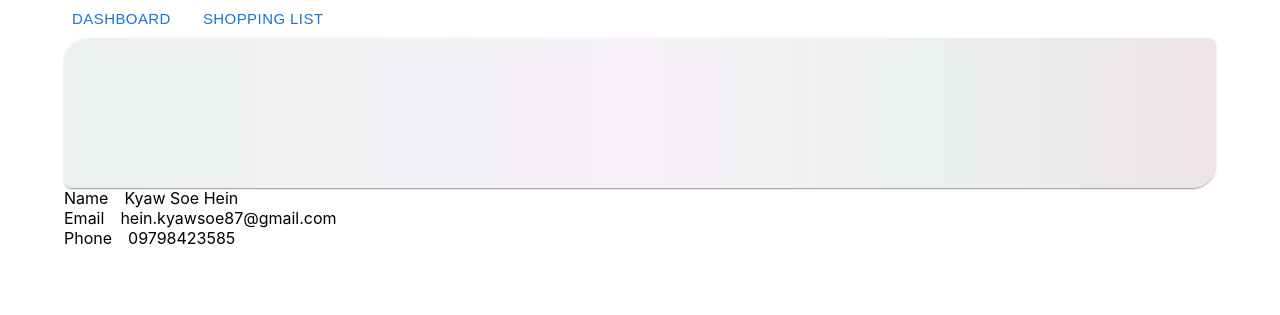
Repository: KyawSoeHein/GoogleAuthReact
Page: /
These files come from the project's save history. The page is drawn as it stood at one moment and after a run of saves; the edit follows.
The browser window is 1280 px wide. The pictures show the whole page.
The project was rebuilt for these pictures with package versions that can differ from the ones it lists, and the page was loaded fresh each time. Also part of the build but not shown: src/App.css.

Above is the page before, as saved 2022-02-14 19:30:12.

### src/index.tsx
import React from "react";
import ReactDOM from "react-dom";
import "./index.css";
import App from "./App";
import Dashboard from "./View/Dashboard";
import reportWebVitals from "./reportWebVitals";

ReactDOM.render(
  <React.StrictMode>
    <Dashboard />
  </React.StrictMode>,
  document.getElementById("root")
);

// If you want to start measuring performance in your app, pass a function
// to log results (for example: reportWebVitals(console.log))
// or send to an analytics endpoint. Learn more: https://bit.ly/CRA-vitals
reportWebVitals();

### src/View/Dashboard.tsx
import React from "react";
import { Container, Grid, Stack } from "@mui/material";
import MenuSelection from "../Components/MenuSelection";
import CoverAndProfilePhoto from "../Components/CoverAndProfilePhoto";

const Dashboard = () => {
  return (
    <Grid>
      <Container>
        <MenuSelection />

        <CoverAndProfilePhoto />

        <Stack direction={"row"} spacing={2}>
          <div>Name</div>
          <div>Kyaw Soe Hein</div>
        </Stack>

        <Stack direction={"row"} spacing={2}>
          <div>Email</div>
          <div>hein.kyawsoe87@gmail.com</div>
        </Stack>

        <Stack direction={"row"} spacing={2}>
          <div>Phone</div>
          <div>09798423585</div>
        </Stack>
      </Container>
    </Grid>
  );
};

export default Dashboard;

### src/Components/MenuSelection.tsx
import React from "react";
import { Button, Stack } from "@mui/material";
import "../App.css";

const MenuSelection = () => {
  const buttonFontSize = 15;

  return (
    <Stack direction={"row"} spacing={2} sx={{ marginVertical: 16 }}>
      <Button sx={{ fontSize: buttonFontSize, fontFamily: "sans-serif" }}>
        Dashboard
      </Button>
      <Button sx={{ fontSize: buttonFontSize, fontFamily: "sans-serif" }}>
        Shopping List
      </Button>
    </Stack>
  );
};

export default MenuSelection;

### src/Components/CoverAndProfilePhoto.tsx
import React from "react";
import { Button, Paper, Stack } from "@mui/material";
import "../App.css";

const CoverAndProfilePhoto = () => {
  return (
    <Paper
      elevation={1}
      sx={{
        height: 150,
        borderTopRightRadius: 8,
        borderTopLeftRadius: 24,
        borderBottomLeftRadius: 8,
        borderBottomRightRadius: 24,
        background:
          "linear-gradient(to right, rgb(235,241,237), rgb(241,241,244), rgb(247,240,248), rgb(235,241,237), rgb(238,228,232))",
      }}
    ></Paper>
  );
};

export default CoverAndProfilePhoto;

Loaded but not shown: public/index.html (common file); src/index.css (common file); src/reportWebVitals.ts (common file)

After the next 3 saves:
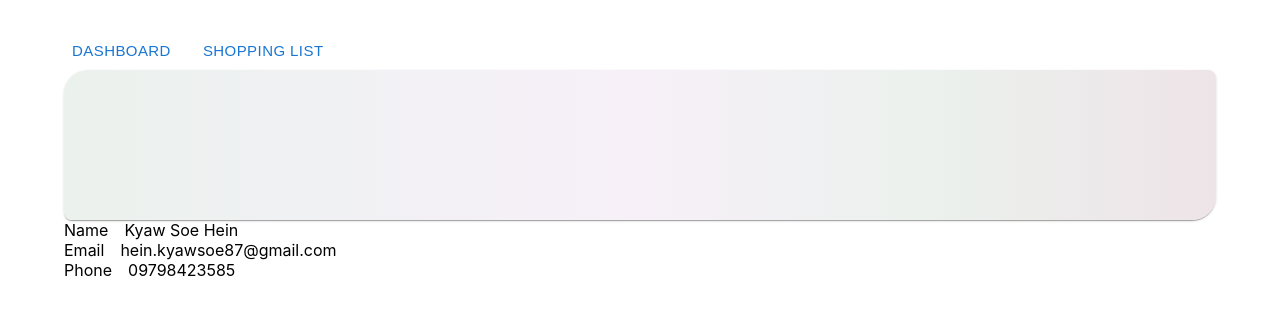
The 3 saves are shown as one change because they came seconds apart.
The last was saved 13 s later.
--- a/src/Components/MenuSelection.tsx
+++ b/src/Components/MenuSelection.tsx
@@ -6,7 +6,7 @@
   const buttonFontSize = 15;
 
   return (
-    <Stack direction={"row"} spacing={2} sx={{ marginVertical: 16 }}>
+    <Stack direction={"row"} spacing={2} sx={{ marginTop: 4 }}>
       <Button sx={{ fontSize: buttonFontSize, fontFamily: "sans-serif" }}>
         Dashboard
       </Button>

After the save that followed:
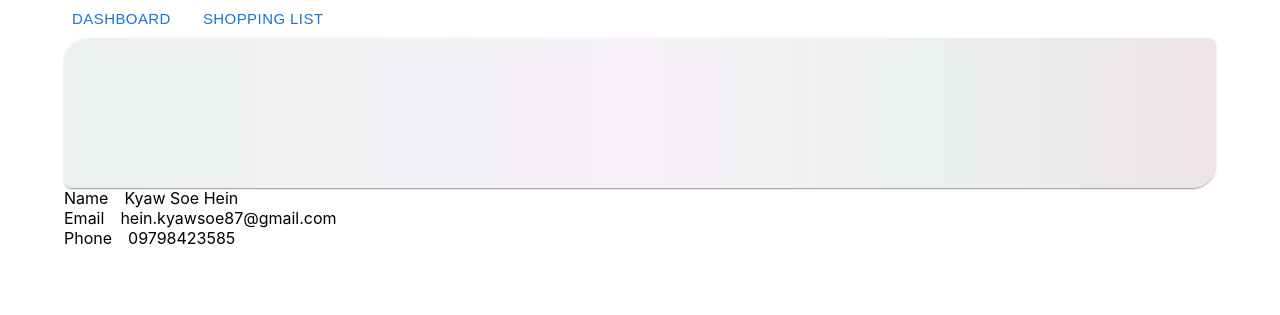
Saved 18 s later.
--- a/src/Components/MenuSelection.tsx
+++ b/src/Components/MenuSelection.tsx
@@ -6,7 +6,7 @@
   const buttonFontSize = 15;
 
   return (
-    <Stack direction={"row"} spacing={2} sx={{ marginTop: 4 }}>
+    <Stack direction={"row"} spacing={2}>
       <Button sx={{ fontSize: buttonFontSize, fontFamily: "sans-serif" }}>
         Dashboard
       </Button>
